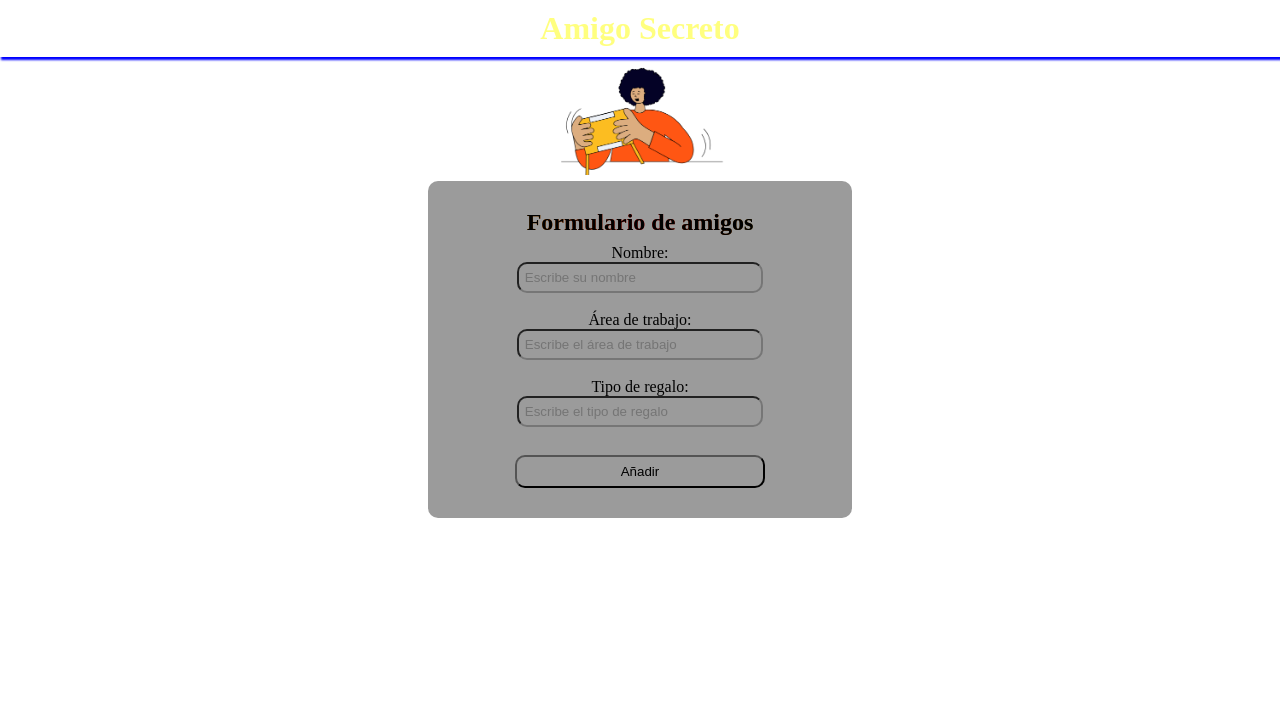
Repository: ye909/secreto
Page: index.html
An editor plug-in stored every save of this project. The page is shown before and after the next save, followed by the edit.
The browser window is 1280 px wide. The pictures show the whole page.

Above is the page before, as saved 2025-01-19 13:53:17.
Not found: assets/fondo_card.jpg

### index.html
<!DOCTYPE html>
<html lang="es">

<head>
    <meta charset="UTF-8">
    <meta name="viewport" content="width=device-width, initial-scale=1.0">
    <title>Amigo Secreto</title>
    <link rel="stylesheet" href="/assets/css/style.css">


<body>
     <main class="main-content" id="main-content">
        <header class="header-banner">
            <h1 class="title">Amigo Secreto</h1>
            <img src="/assets/imagenes/amigo-secreto.png" alt="Imagen representativa de amigo secreto">
        </header>

        <section class="container" id="container">
            <h2 class="title">Formulario de amigos</h2>

            <form id="formularioAmigo" class="form-inputs">
                <label for="nombre">Nombre:</label><br>
                <input type="text" id="nombre" class="input-name" placeholder="Escribe su nombre"><br><br>

                <label for="areaTrabajo">Área de trabajo:</label><br>
                <input type="text" id="areaTrabajo" class="input-area" placeholder="Escribe el área de trabajo"><br><br>

                <label for="tipoRegalo">Tipo de regalo:</label><br>
                <input type="text" id="tipoRegalo" class="input-regalo" placeholder="Escribe el tipo de regalo"><br><br>


                <button class="button-add" id="button-add">Añadir</button>
            </form>


        </section>




    </main>
    <div class="containerbtnsorteo" id="containerbtnsorteo">
        <h2>Hola ya puedes dar click en el boton <br>🎉 para ver tu amigo/a secreto </h2>
        <button class="sorteo" id="sorteo" > 👉 Sorteo amigo secreto
    </div>



    <div class="datos_amigo" id="datos_amigo">
         <h2 id="info_datos"></h2>

    </div>

    <script src="/assets/js/amigos.js"></script>
    <script src="/assets/js/script.js"></script>
    <script  src =" https://cdn.jsdelivr.net/npm/canvas-confetti@1.9.3/dist/confetti.browser.min.js "> </script>
</head>
</body>

</html>

### assets/css/style.css
* {
    padding: 0%;
    margin: 0;
    transition: all;
  }
  html {
    background-image: url(/assets/fondo_card.jpg);
    background-size: cover;
    background-repeat: no-repeat;
    background-attachment: fixed;
    width: 100%;
    height: 100%;
  }

  .main-content {
    text-align: center;
  }
  .header-banner img {
    width: 15%;
  }



  .container {
    margin: 2px auto;
      width: 30%;
      background-color: rgba(6, 6, 6, 0.4);
      border-radius: 10px;
      padding: 20px;
  /* display: none; */
  }
  input {
    width:60%;
    padding: 6px;
    border-radius: 10px;
    background: transparent;
    color: white;
  }
  input:hover {
    color: black;

  }

  button {
    background-color: transparent;
    width:65%;
    justify-content: center;
    padding: 7px;
    border-radius: 10px;
    margin: 10px;

  }
  button:hover{
      background: blue;
      border: none;
      box-shadow: blue 2px 2px 2px 3px, blue 2px 2px 2px 3px, blue 2px 3px 3px 3px,
        blue 2px 2px 2px 3px;
  transition: 2s;
  }

  h1{
    text-align: center;
  padding: 10px;
  box-shadow: blue 2px 2px 2px 1px;
  color:rgba(255, 255, 0, 0.501);
  }
  h2{
      background-image:linear-gradient(to left,green, red, rgb(248, 244, 7));
      -webkit-animation-fill-color:transparent ;
      -webkit-background-clip: text;
      background-clip: text;
      padding: 8px;
      font-weight: bold;
      text-align: center;

  }


  .datos_amigo {

      display: none
    }
    .containerbtnsorteo{


      display:none;

    }
    .containerbtnsorteo button{
      width: 40%;
    margin-left: 400px;
    padding: 10px;
    cursor: pointer;
    }
    p{
      font-size: 20px;
      text-align: center;
      padding: 10px;
    }

Loaded but not shown: assets/js/amigos.js (no stored copy; drawn as an empty file); assets/js/script.js (no stored copy; drawn as an empty file)

After the next save:
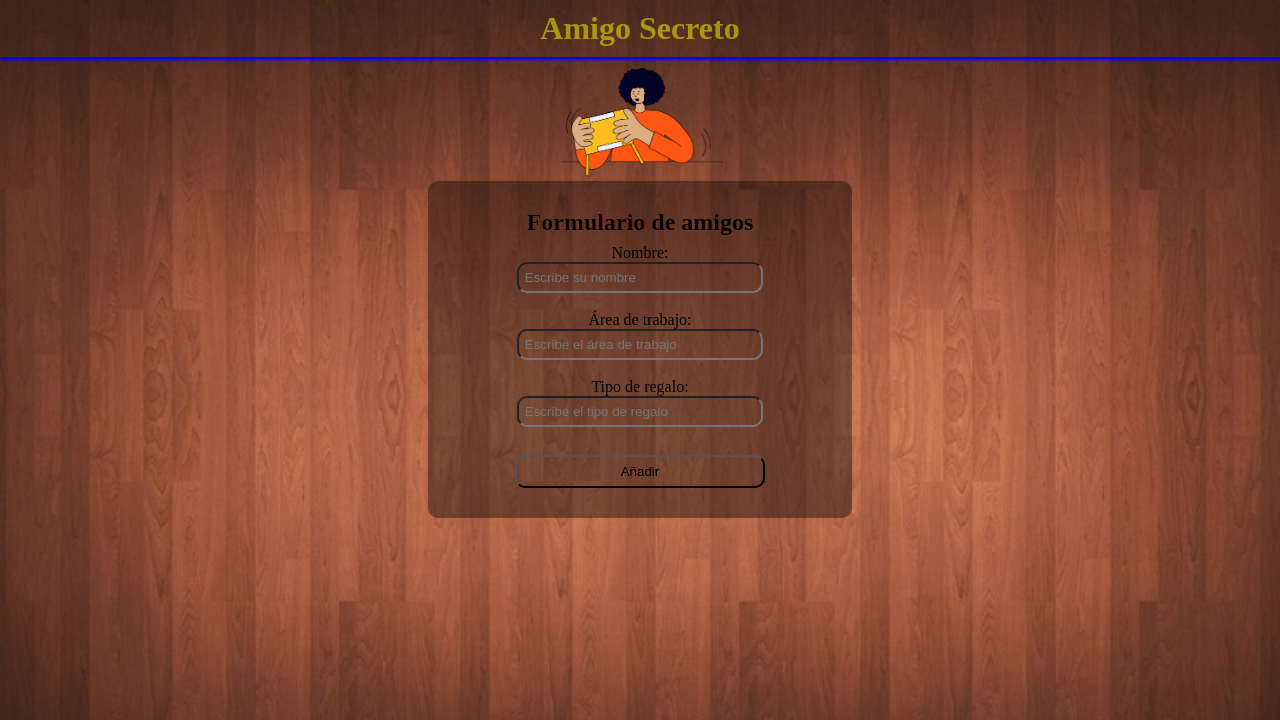
Saved 24 s later.
--- a/assets/css/style.css
+++ b/assets/css/style.css
@@ -4,7 +4,7 @@
     transition: all;
   }
   html {
-    background-image: url(/assets/fondo_card.jpg);
+    background-image: url(/assets/imagenes/fondo_card.jpg);
     background-size: cover;
     background-repeat: no-repeat;
     background-attachment: fixed;
